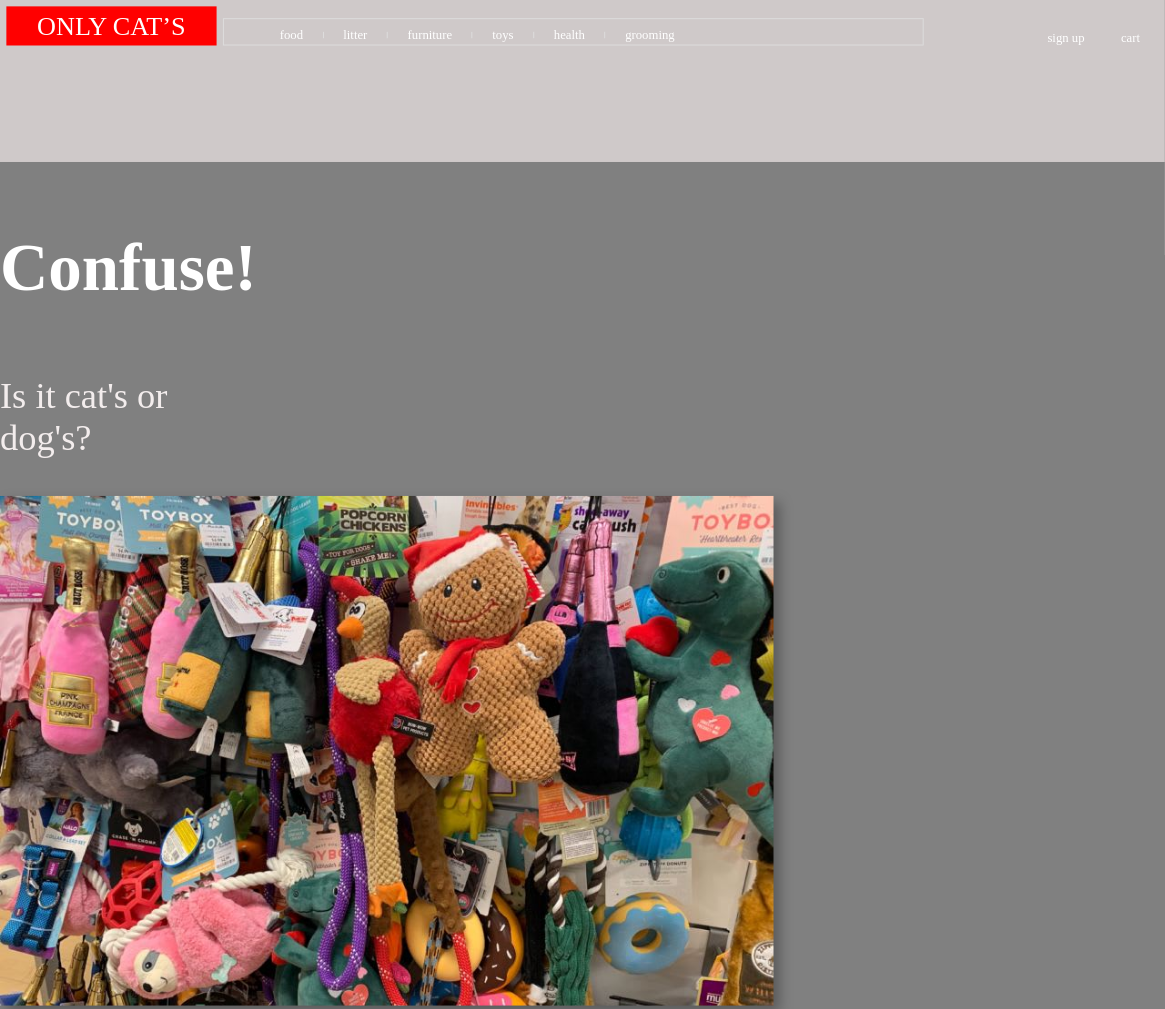
Repository: itson1115/chan_git
Page: cat/index2.html
An editor plug-in stored every save of this project. The page is shown before and after the next save, followed by the edit.
The browser window is 1280 px wide. The pictures show the whole page, at 91% of full size.

Above is the page before, as saved 2021-09-02 04:31:22.

### cat/index2.html
<!DOCTYPE html>
<html lang="ko">
<head>
  <meta charset="UTF-8">
  <meta http-equiv="X-UA-Compatible" content="IE=edge">
  <meta name="viewport" content="width=device-width, initial-scale=1.0">
  <title>Document</title>
  <link rel="stylesheet" href="css/style2.css">
</head>
<body>
  <header>
    <div class="logo">ONLY CAT’S</div>
    <div class="navi">
      <nav>
        <ul>
          <li>food</li>
          <li>litter</li>
          <li>furniture</li>
          <li>toys</li>
          <li>health</li>
          <li>grooming</li>
        </ul>
      </nav>
    </div>
    <div class="my">
      <span>sign up</span><span>cart</span>
    </div>
  </header>
  <section class="container">
    <article class="confuse">
      <div class="article-body">
        <h1>Confuse!</h1>
        <p>Is it cat's or<br/>dog's?</p>
      </div>
      <div class="article-image">
        <img src="images/toys.jpg"/>
      </div>
    </article>
  </section>
</body>
</html>

### cat/css/style2.css
@import url("https://fonts.googleapis.com/css?family=Roboto:700");

:root {
  --title-text-show-delay: 0.5s;
  --title-text-show-duration: 0.5s;
  --title-rect-show-duration: 0.3s;
  --title-cats-show-duration: 0.4s;
  --title-rect-hide-delay: 2s;
}

body {
  margin: 0;
  padding: 0;
  background: #cfc9c9;
  color: white;
  font-size: 14px;
}

header {
  position: relative;
  height: 7vmin;
}

h1 {
  font-size: 4.6rem;
}

header .logo {
  margin: 1vmin 1vmin;
  float: left;
  width: 18vmax;
  height: 6vmin;
  background: red;
  text-align: center;
  font-size: 1.8rem;
  line-height: 6vmin;
}

header .navi {
  position: absolute;
  bottom: 0;
  border: 1px solid #dedede;
  display: inline-block;
  width: 60vmax;
  height: 4vmin;
  float: left;
}

header nav {
  text-align: center;
  line-height: 1vmin;
}

header nav ul {
  list-style-type: none;
  /* padding-left: 0; */
}

header nav li {
  float: left;
  padding: 0 3vmin;
  border-right: 1px solid #dedede;
}

header nav li:nth-last-child(1) {
  border-right: none;
}

header nav li:hover {
  color: #000;
  cursor: grab;
}

header::after {
  display: block;
  content: "";
  clear: both;
}

header .my {
  position: absolute;
  right: 1vmin;
  bottom: 0;
  display: inline-block;
}

header .my span {
  padding: 0 20px;
}

section.container {
  margin-top: 10vmax;
  background: grey;
}

.article-body > p {
  font-size: 2.5rem;
  color: #f3eded;
}

.article-image {
  width: 50vmin;
  border-radius: 5vmin;
  filter: drop-shadow(1vmin 1vmin 1vmin rgba(0, 0, 0, 0.3));
}

.article-body {
  float: left;
}

After the next save:
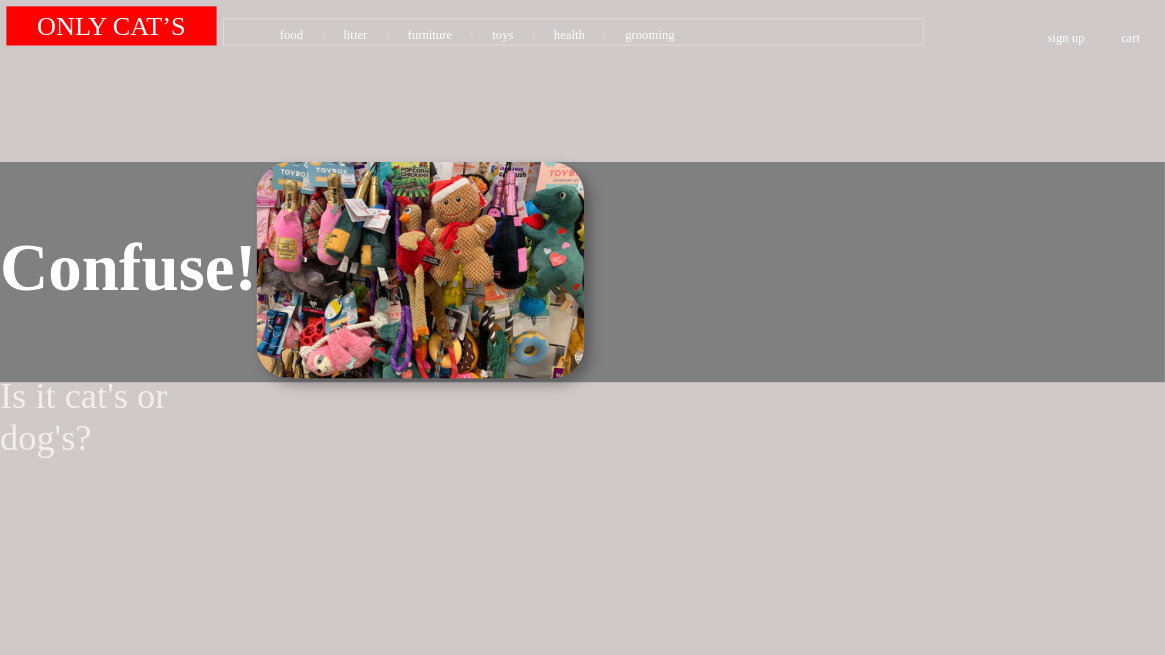
Saved 7 s later.
--- a/cat/css/style2.css
+++ b/cat/css/style2.css
@@ -98,7 +98,7 @@
   color: #f3eded;
 }
 
-.article-image {
+.article-image > img {
   width: 50vmin;
   border-radius: 5vmin;
   filter: drop-shadow(1vmin 1vmin 1vmin rgba(0, 0, 0, 0.3));
